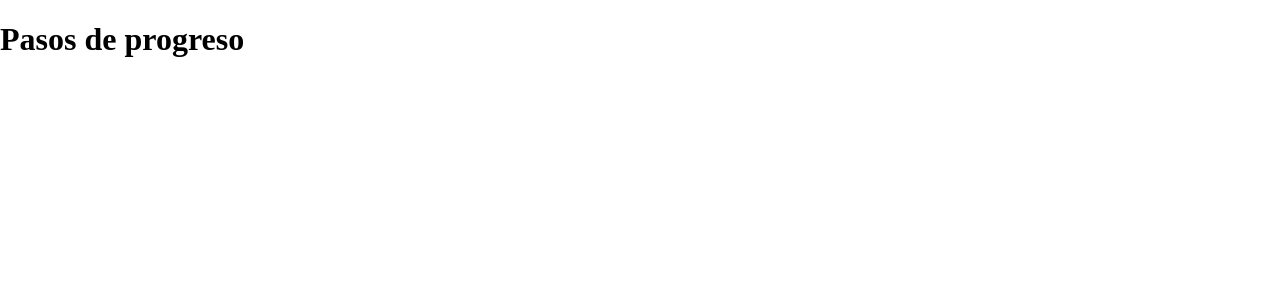
Repository: ElideZavala/Linea-de-tiempo
Page: index.html
The author's editor kept a copy of each file at every save. The page is drawn from the files as they stood at one save, then again after the next save.
The browser window is 1280 px wide. The pictures show the whole page.

Above is the page before, as saved 2021-05-27 13:26:21.

After the next save:
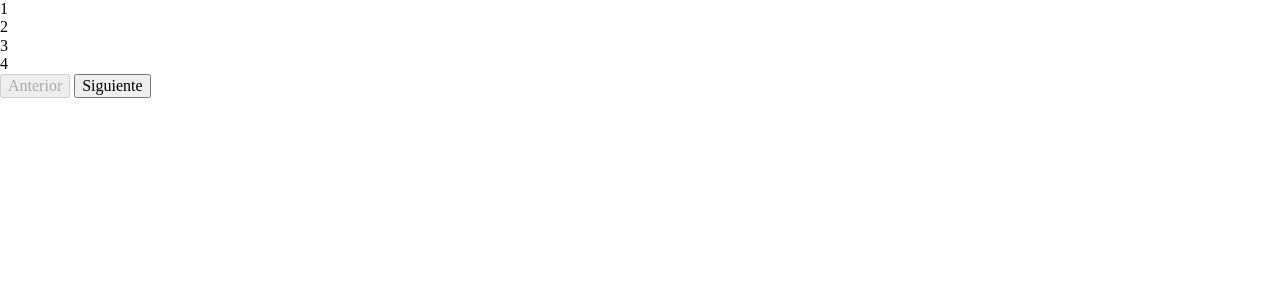
Saved 9 min 19 s later.
--- a/index.html
+++ b/index.html
@@ -9,8 +9,16 @@
 	<title>Pasos de progreso </title>
 </head>
 <body>
-	<h1>Pasos de progreso</h1>
+	<div class="container">
+		<div class="progress-container" id="progress"></div>
+		<div class="circle active">1</div>
+		<div class="circle">2</div>
+		<div class="circle">3</div>
+		<div class="circle">4</div>
+	</div>
 
+	<button class="btn" id="prev" disabled>Anterior</button>
+	<button class="btn" id="next">Siguiente</button>
 	<script src="script.js"></script>
 </body>
 </html>
